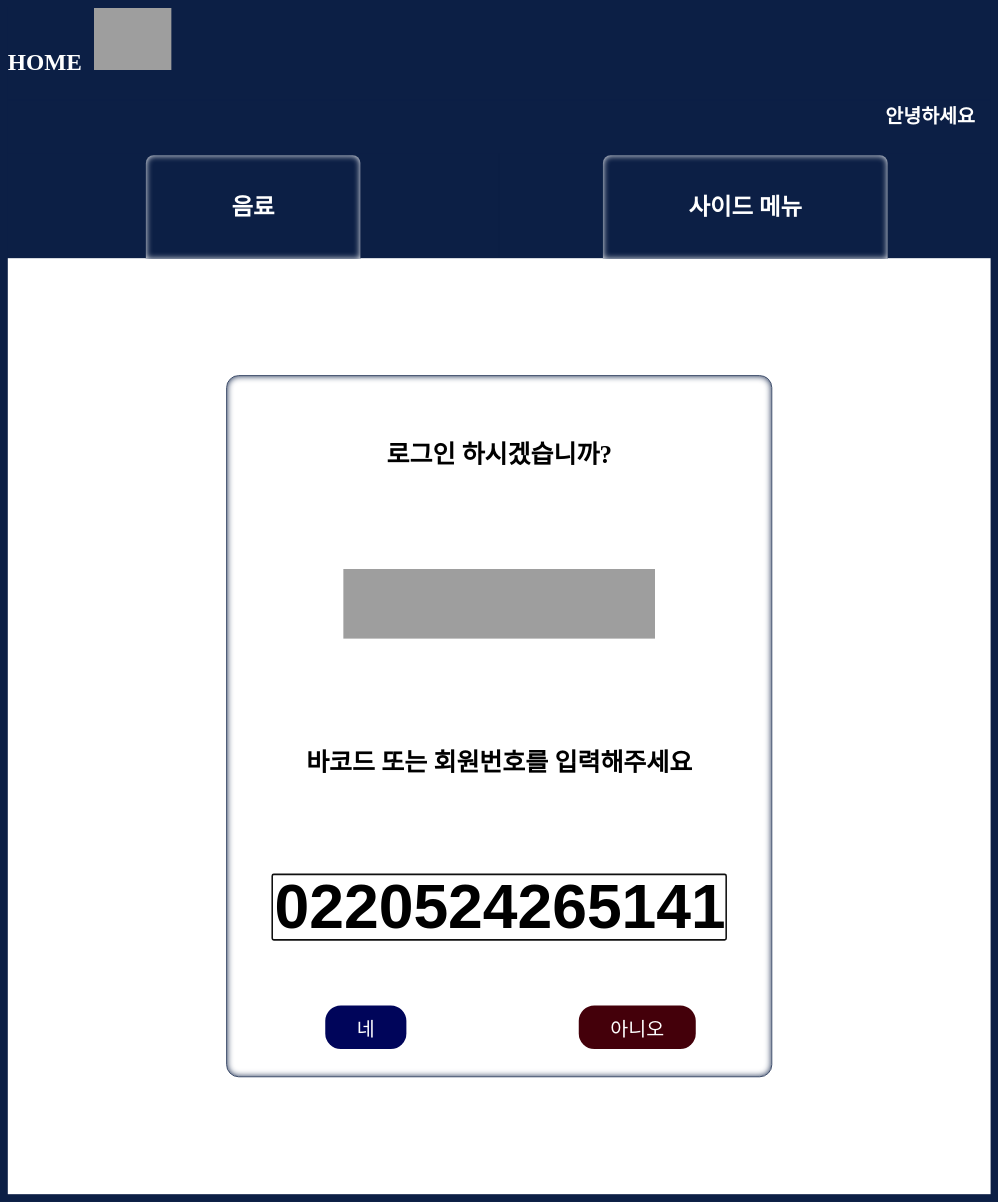
Repository: DevJoeYC/Metabukcs
Page: http://localhost/metabucks/KIOSK/login.jsp
The author's editor kept a copy of each file at every save. The page is drawn from the files as they stood at one save, then again after the next save.
The browser window is 1280 px wide. The pictures show the whole page, at 78% of full size.
Pictures or frames that could not be fetched are drawn as grey boxes. The page is served by Tomcat 9. Other server files are loaded and not shown.

Above is the page before, as saved 2022-05-27 06:14:58.

### metabucks/WebContent/KIOSK/login.jsp
<%@ page language="java" contentType="text/html; charset=UTF-8"
    pageEncoding="UTF-8"%>
<%@ include file="includes/head.jsp" %>
<script>
	window.onload = function()
	{
		$("#usernum").focus();
	}

	function DoLogin()
	{
		if($("#usernum").val() == "" || $("#usernum").val() == null)

		{
			alert("회원번호를 입력하세요.");
			$("#usernum").focus();
			return;
		}

		//로그인 처리
		$.ajax({
			type : "post",
			url: "loginok.jsp",
			dataType: "html",
			data:
			{
				usernum: $("#usernum").val()
		    },
			success : function(data)
			{
				data = data.trim();
				if(data == "OK")
				{
					document.location = "drinkmenu.jsp";
				}else
				{
					alert("회원번호가 일치하지 않습니다.");
				}
			}
		});
	}
</script>
<!-- ==================================================================================================================== -->
<tr>
	<td style="background-color:white;padding:150px 0px 150px 0px" colspan=3>
		<form name="login" method="post" action="loginok.jsp" onsubmit="javascript:return false;">
		<table id="login" border="0" height="900" width="700" style="margin : auto; text-align:center">
			<tr>
				<td colspan="2"><h1>로그인 하시겠습니까?</h1></td>
			</tr>
			<tr>
				<td colspan="2"><img src="images/barcode.png" width="400" height="90"></td>
			</tr>
			<tr>
				<td colspan=2><h1>바코드 또는 회원번호를 입력해주세요</h1></td>
			</tr>

			<tr>
				<td colspan=2><input type="text"
									 id="usernum"
									 name="usernum"
									 style="width: 36rem; height: 5rem;font-size: 5rem;font-weight:bold"
									 value="0220524265141">
				</td>
			</tr>

			<tr>
				<td width="350px"><a id="yes" href="javascript:DoLogin();">네</a></td>
				<td><span><a id="no" href="drinkmenu.jsp">아니오</a></span></td>
			</tr>
		</table>
		</form>
	</td>
<!-- ==================================================================================================================== -->
<%@ include file="includes/tail.jsp" %>

### metabucks/WebContent/KIOSK/includes/head.jsp
<%@ page language="java" contentType="text/html; charset=UTF-8"
    pageEncoding="UTF-8"%>
<%@ page import="meta.dto.*" %>
<%@ page import="meta.vo.*" %>
<!DOCTYPE html>

<%
	//session.setMaxInactiveInterval(60*1); //1분후 세션만료(아무 움직임 없을시)
	String id = "";
	accountVO user  = (accountVO) session.getAttribute("accountVO");
	if(user != null)
	{
		id = user.id();
	}
%>
<html>
	<head>

		<title>메타벅스</title>
		<link rel="stylesheet" href="css/kiosk.css"/>
		<script src="js/jquery-3.6.0.js"></script>
	</head>
	<style>

    	</style>
	<body>
		<table border=0  style="width:100%;">
			<tr>
				<td id="bar" colspan="2" style="text-align:left;padding:0px 0px 30px 0px"><a style="color: white;text-decoration:none;" href="index.jsp">HOME &nbsp;<img src="images/CoffeeLogo.png" height="80px" width="100px"></a></td>
			</tr>
			<tr>
				<td id="bar" colspan="2" style="text-align:right; width:100px; height:30px; font-size:25px; padding:0px 20px 30px 0px">
					<%
						if(id == null || id.equals(""))
						{
							%>
								안녕하세요
							<%
						}else
						{
							%>
							( <%= user.name() %> )님 환영합니다 &nbsp;&nbsp;&nbsp;<a id="mypagebtn" href="mypage.jsp">마이페이지</a></td>
							<%
						}
					%>
				</td>
			</tr>
			<tr>
				<td id="bar"  height="130px" width="100px" style="text-align:center"><a id="menu" style="color: white" href="drinkmenu.jsp">음료</a></td>
				<td id="bar" width="130px" style="text-align:center"><a id="menu" style="color: white" href="sidemenu.jsp">사이드 메뉴</a></td>
			</tr>

### metabucks/WebContent/KIOSK/includes/tail.jsp
<%@ page language="java" contentType="text/html; charset=UTF-8"
    pageEncoding="UTF-8"%>
</tr>
		</table>
	</body>
	</html>

### metabucks/WebContent/KIOSK/css/kiosk.css
@charset "UTF-8";

	#indexbar
	{
		font-size:30px
	}
	#abtn
	{
		text-decoration: none;
		background-color: #0C1F45;
		border:dotted;
		color: maroon;
		padding:80px 300px 80px 300px ;
		text-align: center;
		display: inline-block;
		border-radius: 20px 20px 20px 20px;
	}
	#abtn:hover, #abtn:active
	{
		background-color: #471214;
	}

	body
	{
		background-color:#0C1F45;
	}

	#login
	{
		background-color:white;
		border:1px solid #0C1F45;
		border-radius:16px;
		box-shadow:inset 0 0 8px #0C1F45;
	}
	#bar
	{
		background-color:#0C1F45;
		color:white;
		font-size:30px;
		font-weight:bold;
	}
	#menu
	{
		background-color: #0C1F45;
		text-decoration: none;
		padding: 50px 110px;
		border-radius: 10px 10px 0px 0px;
		box-shadow:inset 0 0 8px white;
		font-weight:bold;
	}
	#menu:hover
	{
		background-color: #471214;
	}
	#yes
	{
		text-decoration: none;
		background-color: #00055A;
		color: white;
		padding: 10px 40px;
		text-align: center;
		display: inline-block;
		border-radius: 20px 20px 20px 20px;
		font-size:25px;
	}
	#no
	{
		text-decoration: none;
		background-color: #44000A;
		color: white;
		padding: 10px 40px;
		text-align: center;
		display: inline-block;
		border-radius: 20px 20px 20px 20px;
		font-size:25px;
	}

	#optbtn
	{
		background-Color:#0C1F45;
		font:12px;
		font-weight:bold;
		color:white;
		border-radius: 10px 10px 10px 10px;
		font-size:20px;
	}
	#optbtn:hover
	{
		background-Color:#085820;
	}
	#optbtn:visited
	{
		background-Color:#085820;
	}
	#mypagebtn
	{
		text-decoration: none;
		background-color: white;
		color:black;
		padding: 10px 20px;
		display: inline-block;
		border-radius: 20px 20px 20px 20px;
		font-weight:bold;
		font-size:15px
	}

	#orderbtn
	{
		text-decoration: none;
		background-color: white;
		color: black;
		padding: 30px 190px;
		display: inline-block;
		border-radius: 10px 10px 10px 10px;;
		font-weight:bold;
		font-size:30px
	}
	#cancelbtn
	{
		text-decoration: none;
		background-color: #660010;
		color: white;
		padding: 60px 100px;
		display: inline-block;
		border-radius: 10px 10px 10px 10px;;
		font-weight:bold;
		font-size:30px;
	}

Loaded but not shown: metabucks/WebContent/KIOSK/js/jquery-3.6.0.js (library)

After the next save:
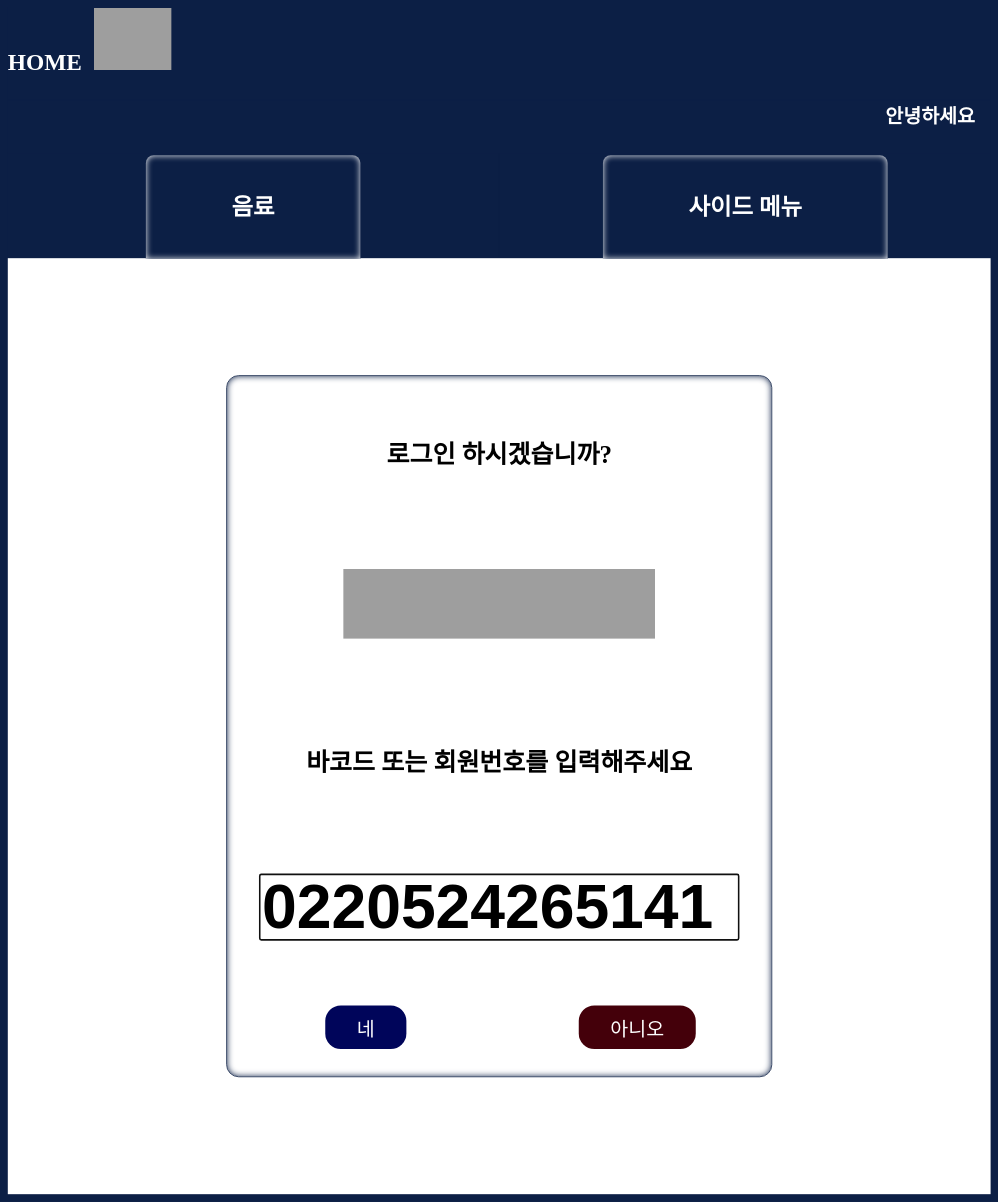
Saved 25 s later.
--- a/metabucks/WebContent/KIOSK/login.jsp
+++ b/metabucks/WebContent/KIOSK/login.jsp
@@ -59,7 +59,7 @@
 				<td colspan=2><input type="text"
 									 id="usernum"
 									 name="usernum"
-									 style="width: 36rem; height: 5rem;font-size: 5rem;font-weight:bold"
+									 style="width: 38rem; height: 5rem;font-size: 5rem;font-weight:bold"
 									 value="0220524265141">
 				</td>
 			</tr>
